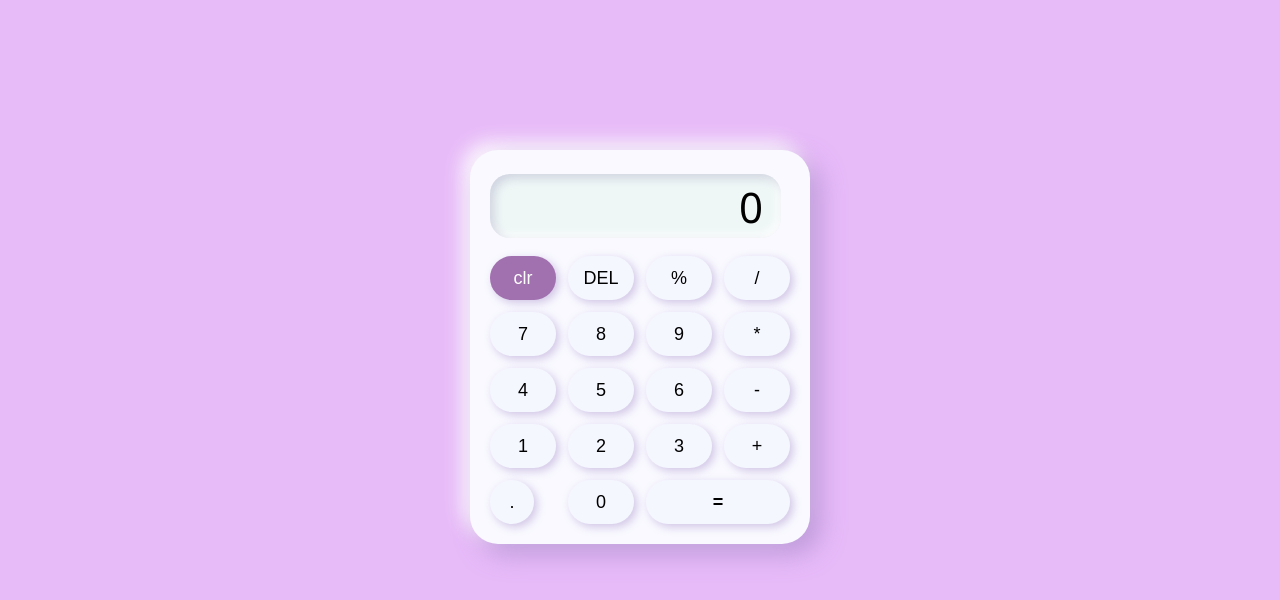
Repository: meti-guda/simple-calculator
Page: index.html
The author's editor kept a copy of each file at every save. The page is drawn from the files as they stood at one save, then again after the next save.
The browser window is 1280 px wide. The pictures show the whole page.
The pointer rests on the first visible `button`.

Above is the page before, as saved 2025-12-11 12:53:04.

After the next save:
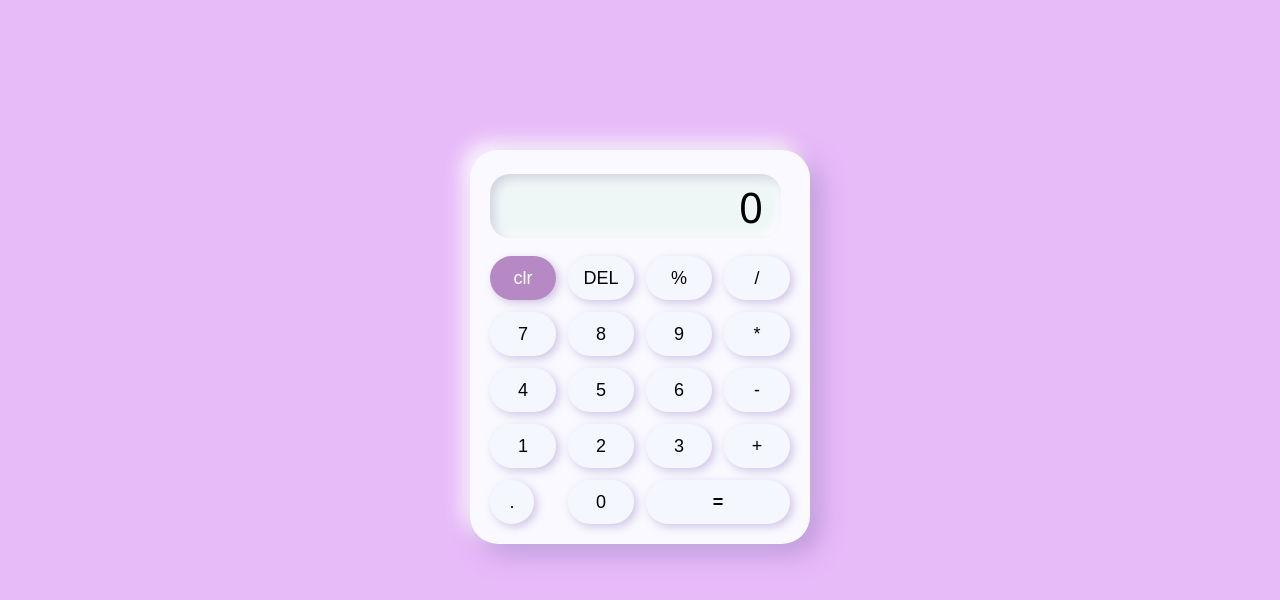
Saved 13 s later.
--- a/style.css
+++ b/style.css
@@ -68,7 +68,7 @@ body {
 }
 
 button:hover {
-  background-color: #a170af;
+  background-color: #b789c4;
   color: white;
 }
 
